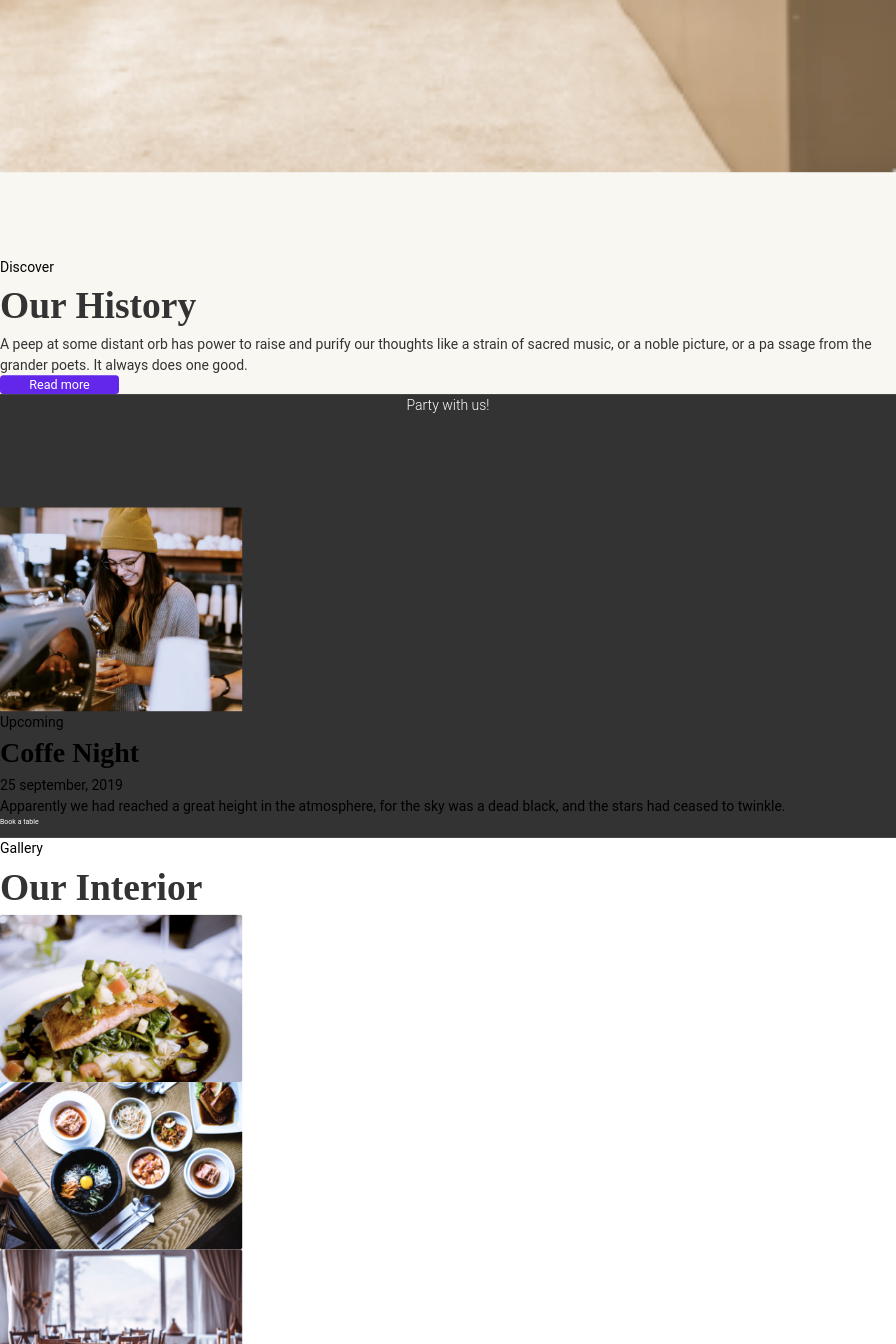
Repository: murilopellis-12/Tailwind-Prova
Page: index.html
An editor plug-in stored every save of this project. The page is shown before and after a run of saves, followed by the edit.
The browser window is 1280 px wide. The pictures show the part of the page from y = 2030 to 3950 px (the page is 6004 px tall), at 70% of full size.

Above is the page before, as saved 2026-10-26 21:31:48.
Not found: style.css

### index.html
<!doctype html>
<html lang="pt-BR">
  <head>
    <meta charset="UTF-8" />
    <meta name="viewport" content="width=device-width, initial-scale=1.0" />
    <title>PROVA FRONT-END</title>
    <script src="https://cdn.jsdelivr.net/npm/@tailwindcss/browser@4"></script>
    <style type="text/tailwindcss">
      @theme {
        --espaco-pequeno: clamp(
          1.5rem,
          calc(-2.725rem + 11.268vw),
          13.5rem
        ); /* min: 15px, max: 135px */
        --padding-topo: clamp(8rem, calc(5.183rem + 7.512vw), 16rem);

        /*Cores*/
        --cor-primaria: #333;
        --cor-secundaria: #f9f7f2;
        --cor-terciaria: #fff;
        --complementar-roxo: #6327eb;
        --borda-menu: rgba(255, 255, 255, 0.3);
        --paragrafos-claros: rgba(51, 51, 51, 0.5);
        --borda-formulario: #dadada;
      }

      html {
        font-size: 62.5%;
      }

      * {
        margin: 0;
        padding: 0;
        box-sizing: border-box;
      }

      h1 {
        font-size: clamp(
          5.6rem,
          calc(5.037rem + 1.502vw),
          7.2rem
        ); /* min: 56px, max: 72px */
        color: var(--cor-terciaria);
        font-weight: bold;
        font-family: "PT Serif";
      }

      h2 {
        font-size: clamp(
          4rem,
          calc(3.437rem + 1.502vw),
          5.6rem
        ); /* min: 40px, max: 56px */
        font-family: "PT Serif";
        font-weight: bold;
        color: var(--cor-primaria);
      }

      h3 {
        font-size: 4rem;
        font-family: "PT Serif";
        font-weight: bold;
      }

      p {
        font-family: "Roboto";
        font-size: 2rem;
      }

      button {
        font-family: "Roboto";
        color: var(--cor-terciaria);
        font-weight: normal;
        border-radius: 5px;
      }
    </style>
    <link rel="stylesheet" href="style.css" />
  </head>

  <body>
    <header
      class="header-principal bg-[linear-gradient(rgba(51,51,51,0.9),_rgba(51,51,51,0.9)),_url('img/imagem-fundo.png')] bg-cover bg-center w-[100%] h-auto p-[1.6rem_var(--espaco-pequeno)_clamp(5rem,calc(3.592rem+3.756vw),9rem)_var(--espaco-pequeno)] flex flex-col gap-[clamp(4.3rem,calc(2.645rem+4.413vw),9rem)]"
    >
      <div class="conteudo-header flex justify-between w-[100%] items-center">
        <div>
          <a
            aria-label="redireciona para o início"
            id="ancora-header"
            href="#"
            class="text-[4rem] no-underline text-[var(--cor-terciaria)] font-bold"
            >REST</a
          >
        </div>
        <div class="menu-hamburguer-div">
          <button
            id="botao-menu-hamburguer"
            class="w-[4.8rem] h-[4.8rem] rounded-[50%] border border-solid border-[var(--borda-menu)] bg-transparent"
          >
            <img
              src="img/menu-hamburguer.png"
              alt="menu hamburguer do header"
            />
          </button>
        </div>
        <nav class="navegacao-header-desktop hidden">
          <ul class="flex flex-row gap-[3.2rem] justify-evenly">
            <li
              class="list-none text-[2rem] font-light text-[var(--cor-terciaria)] no-underline"
            >
              <a
                class="list-none text-[2rem] font-light text-[var(--cor-terciaria)] no-underline"
                aria-label="abre Sobre"
                href=""
                >About Us</a
              >
            </li>
            <li
              class="list-none text-[2rem] font-light text-[var(--cor-terciaria)] no-underline"
            >
              <a
                class="list-none text-[2rem] font-light text-[var(--cor-terciaria)] no-underline"
                aria-label="abre Menu"
                href=""
                >Menu</a
              >
            </li>
            <li
              class="list-none text-[2rem] font-light text-[var(--cor-terciaria)] no-underline"
            >
              <a
                class="list-none text-[2rem] font-light text-[var(--cor-terciaria)] no-underline"
                aria-label="abre Eventos"
                href=""
                >Events</a
              >
            </li>
            <li
              class="list-none text-[2rem] font-light text-[var(--cor-terciaria)] no-underline"
            >
              <a
                class="list-none text-[2rem] font-light text-[var(--cor-terciaria)] no-underline"
                aria-label="abre Notícias"
                href=""
                >News</a
              >
            </li>
            <li
              class="list-none text-[2rem] font-light text-[var(--cor-terciaria)] no-underline"
            >
              <a
                class="list-none text-[2rem] font-light text-[var(--cor-terciaria)] no-underline"
                aria-label="abre contatos"
                href=""
                >Contact</a
              >
            </li>
          </ul>
        </nav>
        <div class="desktop-div-redes-sociais hidden">
          <nav class="navegacao-redes-sociais-header flex gap-[0.8rem]">
            <a
              aria-label="abre Facebook"
              class="circulos-navegacao w-[4.8rem] h-[4.8rem] rounded-[50%] border border-solid border-[var(--borda-menu)] flex justify-center items-center"
              href=""
              ><img src="img/facebook.png" alt="logo do Facebook"
            /></a>
            <a aria-label="abre Twitter" class="circulos-navegacao" href=""
              ><img
                class="logo-twitter-ancora"
                src="img/twitter.png"
                alt="logo do Twitter"
            /></a>
            <a aria-label="abre Instagram" class="circulos-navegacao" href=""
              ><img src="img/instagram.png" alt="logo do Instagram"
            /></a>
          </nav>
        </div>
      </div>
      <div
        class="div-agrupar-conteudo-hero flex flex-col gap-[clamp(3.6rem,calc(1.982rem+4.314vw),6.4rem)]"
      >
        <div
          class="conteudo-hero h-auto flex flex-col justify-center gap-[4rem]"
        >
          <h1 id="h1-pagina-principal">Welcome to our restaurant</h1>
          <p
            id="horario-funcionamento-hero"
            class="text-[2.4rem] font-light text-[var(--cor-terciaria)]"
          >
            Everyday 8:00 am - 23:00 pm
          </p>
          <div
            class="botoes-hero grid grid-cols-[1fr_1fr] gap-[clamp(0.6rem,calc(-0.245rem+2.254vw),3rem)] h-auto w-[100%] max-w-[345px]"
          >
            <button
              aria-label="abre a reserva de mesa"
              class="botoes-hero-class p-[1.2rem_0] text-[var(--cor-terciaria)] text-[1.8rem] max-w-[170px] border-0 bg-[var(--complementar-roxo)]"
              id="botao-livro-mesa"
            >
              Book a table
            </button>
            <button
              aria-label="abre o menu"
              class="botoes-hero-class p-[1.2rem_0] text-[var(--cor-terciaria)] text-[1.8rem] max-w-[170px] border-0 bg-[var(--complementar-roxo)] border border-solid border-[var(--borda-menu)]"
              id="botao-ver-menu"
            >
              See menu
            </button>
          </div>
        </div>
        <div class="div-imagem-hero w-auto h-auto flex justify-center">
          <img
            class="w-[100%] max-w-[570px] h-auto"
            id="imagem-sopa-hero"
            src="img/sopa.png"
            alt="imagem de uma sopa"
          />
        </div>
      </div>
    </header>
    <main>
      <section
        class="secao-nossa-historia p-[clamp(8rem,calc(5.183rem+7.512vw),16rem)_var(--espaco-pequeno)] bg-[var(--cor-secundaria)]"
      >
        <div
          class="conteudo-nossa-historia flex flex-col gap-[clamp(6.3rem,calc(3.941rem+6.291vw),13rem)]"
        >
          <div class="div-imagem-nossa-historia">
            <img
              src="img/nossa-historia-imagem.png"
              alt="imagem de uma cozinha"
              class="w-[100%] h-auto p-[0_3rem] object-cover"
            />
          </div>
          <div class="nossa-historia-texto flex flex-col justify-center">
            <p
              class="categorias-site text-[2.4rem] text-light"
              id="categoria-descobrir"
            >
              Discover
            </p>
            <h2 id="nossa-historia-h2" class="m-[0_0_1.2rem_0]">Our History</h2>
            <p class="paragrafos-site text-[var(--cor-primaria)] text-light">
              A peep at some distant orb has power to raise and purify our
              thoughts like a strain of sacred music, or a noble picture, or a
              pa ssage from the grander poets. It always does one good.
            </p>
            <div class="div-botao-ler-mais w-[50%]">
              <button
                aria-label="abre o Ler Mais"
                id="botao-ler-mais-historia"
                class="w-[100%] max-w-[170px] p-[1.2rem_0] border-0 bg-[var(--complementar-roxo)] text-[1.8rem] mt-[clamp(2.3rem,calc(2.159rem+0.376vw),2.7rem)]"
              >
                Read more
              </button>
            </div>
          </div>
        </div>
      </section>
      <section
        class="secao-eventos-futuros bg-[var(--cor-primaria)] p-[var(--padding-topo)_var(--espaco-pequeno)] flex flex-col gap-[clamp(3.9rem,calc(3.407rem+1.315vw),5.3rem)] items-center"
      >
        <div class="titulos-secao-eventos-futuros">
          <p id="paragrafo-titulo-eventos-futuros" class="text-[var(--cor-terciaria)] text-[2.4rem] font-light text-center">Party with us!</p>
          <h2 id="h2-titulo-eventos-futuros">Upcoming Events</h2>
        </div>
        <div class="forma-eventos-futuros w-[100%] h-auto rounded-">
          <div class="imagem-evento-futuro">
            <img
              id="imagem-mulher-fazendo-cafe"
              src="img/mulher-fazendo-cafe.png"
              alt="mulher fazendo café em uma máquina"
            />
          </div>
          <div class="conteudo-escrito-eventos">
            <p class="categorias-site" id="categoria-futuro">Upcoming</p>
            <h3>Coffe Night</h3>
            <p id="data-eventos-futuros">25 september, 2019</p>
            <p class="paragrafos-site">
              Apparently we had reached a great height in the atmosphere, for
              the sky was a dead black, and the stars had ceased to twinkle.
            </p>
            <div class="div-botao-ler-mais">
              <button
                aria-label="redireciona a reserva de mesa"
                id="botao-reservar-mesa"
              >
                Book a table
              </button>
            </div>
          </div>
          <div class="proxima-pagina">
            <button id="seta-proxima-pagina">
              <img
                src="img/flecha-proxima.png"
                alt="ícone de flecha que guia para outra página"
              />
            </button>
          </div>
        </div>
      </section>
      <section class="secao-galeria-fotos">
        <div class="titulos-secao-galeria-fotos">
          <p id="paragrafo-titulo-galeria">Gallery</p>
          <h2 id="h2-titulo-galeria">Our Interior</h2>
        </div>
        <div class="imagens-galeria">
          <img
            class="imagens-da-galeria"
            src="img/galeria/salmao.png"
            alt="prato com temperos e salmão"
          />
          <img
            class="imagens-da-galeria"
            src="img/galeria/pratos.png"
            alt="pratos preparados com diversos alimentos"
          />
          <img
            class="imagens-da-galeria"
            src="img/galeria/mesas-cadeiras.png"
            alt="mesas preparadas com diversas cadeiras"
          />
          <img
            class="imagens-da-galeria"
            src="img/galeria/mesa-individual.png"
            alt="uma unidade de mesa com lugar para 4 pessoas"
          />
          <img
            class="imagens-da-galeria"
            src="img/galeria/mesa-com-garcom.png"
            alt="mesas e cadeiras sendo organizados por uma garçom"
          />
          <img
            class="imagens-da-galeria"
            src="img/galeria/mesa-preparada.png"
            alt="mesa com talheres e guardanapos postos e preparados"
          />
        </div>
      </section>
      <section class="secao-sobre-nos">
        <div class="titulos-secao-sobre-nos">
          <p class="categorias-site" id="paragrafo-titulo-sobre-nos">Press</p>
          <h2 id="h2-titulo-sobre-nos">About Us</h2>
        </div>
        <div class="cartoes-conjunto">
          <div class="cartoes-autoras" id="autora-york-times">
            <img
              class="logo-titulo"
              src="img/the-new-york-logo.png"
              alt="logo do The New York Times"
            />
            <p class="citacao-autora">
              "Apparently we had reached a great height in the atmosphere, for
              the sky was a dead black, and the stars had ceased to twinkle. By
              the same illusion which lifts the horizon of the sea to the
              level."
            </p>
            <p class="nome-autora-rodape">The New York Times</p>
          </div>
          <div class="cartoes-autoras" id="autora-the-guardian">
            <img
              class="logo-titulo"
              src="img/the-guardian-logo.png"
              alt="logo do The Guardian"
            />
            <p class="citacao-autora">
              "Apparently we had reached a great height in the atmosphere, for
              the sky was a dead black, and the stars had ceased to twinkle. By
              the same illusion which lifts the horizon of the sea to the
              level."
            </p>
            <p class="nome-autora-rodape">The Guardian</p>
          </div>
          <div class="cartoes-autoras" id="autora-wall-street">
            <img
              class="logo-titulo"
              src="img/wall-street-jornal-logo.png"
              alt="logo do Wall Street Jornal"
            />
            <p class="citacao-autora">
              "Apparently we had reached a great height in the atmosphere, for
              the sky was a dead black, and the stars had ceased to twinkle. By
              the same illusion which lifts the horizon of the sea to the
              level."
            </p>
            <p class="nome-autora-rodape">The Wall Street Jornal</p>
          </div>
        </div>
      </section>
      <section class="secao-reservar-mesa">
        <div class="area-reserva-mesa">
          <div>
            <p class="categorias-site" id="paragrafo-titulo-reserva">Reserve</p>
            <h2 id="h2-titulo-reserva-mesa">A Table</h2>
          </div>
          <form action="#" class="formulario-reserva-mesa">
            <div
              class="campos-preencher-formulario-reserva"
              id="formulario-campo-data"
            >
              <label for="data">DATE</label>
              <input
                type="text"
                id="data"
                name="data"
                placeholder="9/26/2019"
              />
            </div>
            <div
              class="campos-preencher-formulario-reserva"
              id="formulario-campo-tempo"
            >
              <label for="hora">TIME</label>
              <input type="text" name="hora" id="hora" placeholder="7:00 pm" />
            </div>
            <div
              class="campos-preencher-formulario-reserva"
              id="formulario-campo-visitantes"
            >
              <label for="numero-pessoas">GUESTS</label>
              <input
                type="number"
                name="numero-pessoas"
                id="numero-pessoas"
                placeholder="2 people"
              />
            </div>
            <div id="formulario-campo-envio">
              <button
                aria-label="redireciona para reserva de mesa"
                id="botao-envio-reserva"
                type="submit"
              >
                Find a table
              </button>
            </div>
          </form>
        </div>
        <div class="div-imagem-secao-reserva">
          <img src="img/mesa-organizada.png" alt="mesa organizada" />
        </div>
      </section>
    </main>
    <footer class="footer-principal">
      <div>
        <h3 id="h3-rodape-pagina">REST</h3>
      </div>
      <nav class="navegacao-rodape">
        <ul>
          <li>About Us</li>
          <li>Menu</li>
          <li>Events</li>
          <li>News</li>
          <li>Contact</li>
        </ul>
      </nav>
      <nav class="redes-sociais-rodape-botoes">
        <a aria-label="abre Facebook" class="circulos-navegacao" href=""
          ><img src="img/facebook.png" alt="logo do Facebook"
        /></a>
        <a aria-label="abre Twitter" class="circulos-navegacao" href=""
          ><img
            class="logo-twitter-ancora"
            src="img/twitter.png"
            alt="logo do Twitter"
        /></a>
        <a aria-label="abre Instagram" class="circulos-navegacao" href=""
          ><img src="img/instagram.png" alt="logo do Instagram"
        /></a>
      </nav>
      <div class="direitos-reservados-rodape">
        <p id="paragrafo-direitos-reservados">
          2019 Restaurant. All Rights Reserved.
        </p>
      </div>
    </footer>
  </body>
</html>

After the next 6 saves:
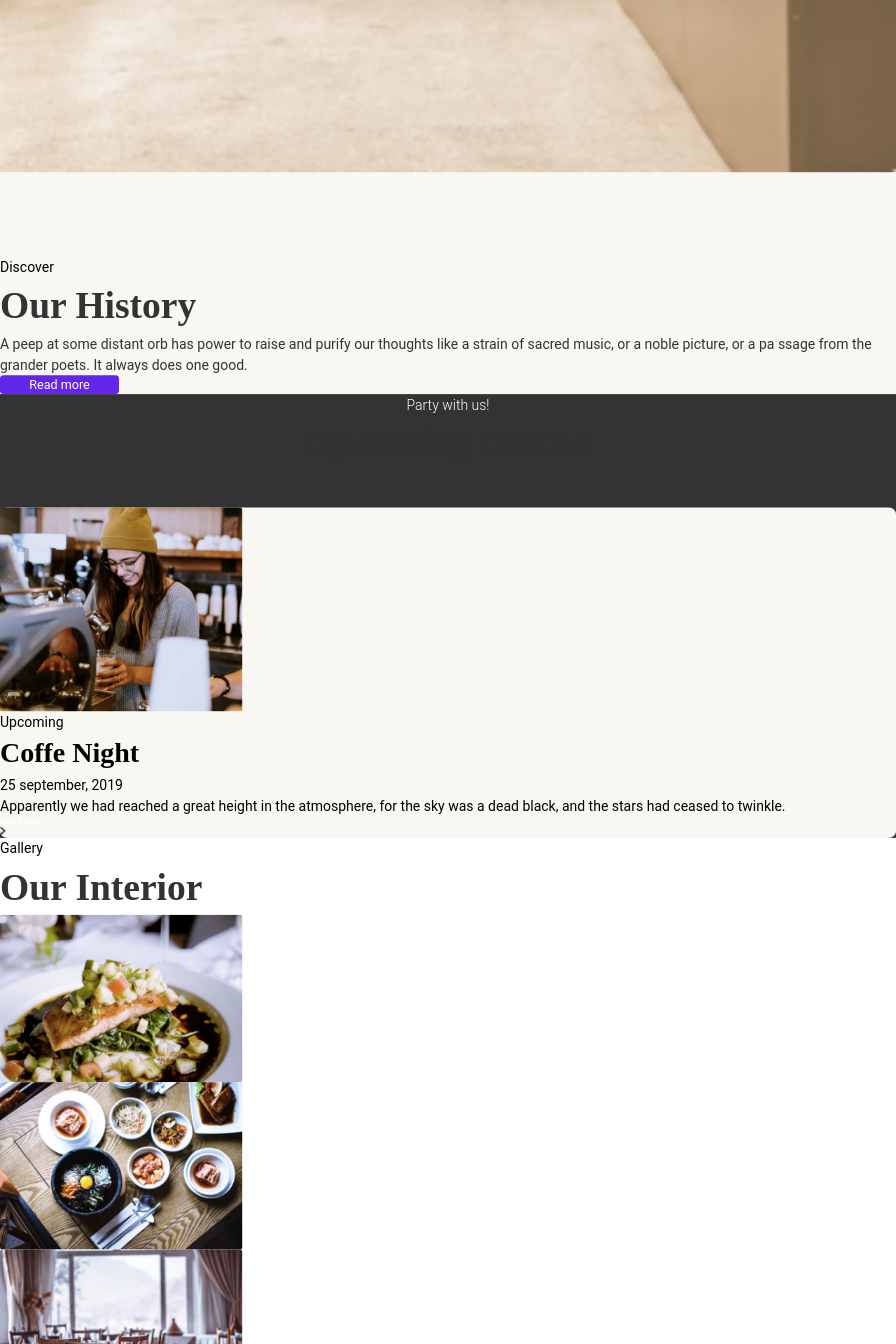
The 6 saves are shown as one change because they came seconds apart.
The last was saved 21 s later.
--- a/index.html
+++ b/index.html
@@ -264,7 +264,7 @@
           <p id="paragrafo-titulo-eventos-futuros" class="text-[var(--cor-terciaria)] text-[2.4rem] font-light text-center">Party with us!</p>
           <h2 id="h2-titulo-eventos-futuros">Upcoming Events</h2>
         </div>
-        <div class="forma-eventos-futuros w-[100%] h-auto rounded-">
+        <div class="forma-eventos-futuros w-[100%] h-auto rounded-[10px] bg-[var(--cor-secundaria)]">
           <div class="imagem-evento-futuro">
             <img
               id="imagem-mulher-fazendo-cafe"
